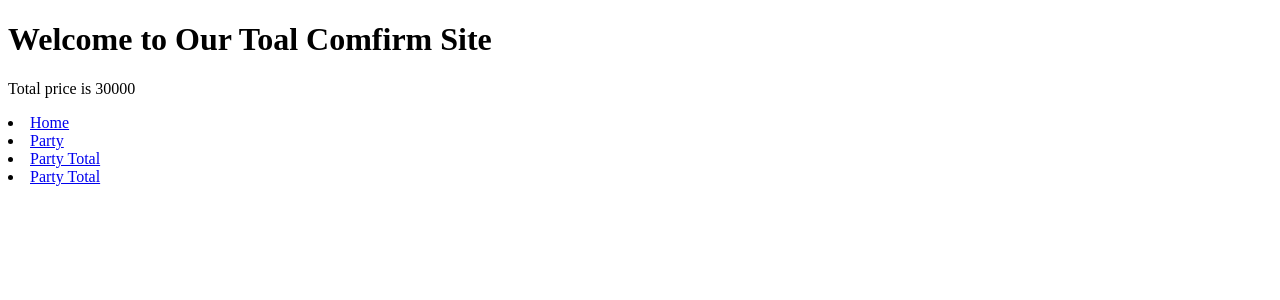
Repository: hsumyatm7308/Laravelb1
Page: http://localhost/staffsparty/comfirm
These files come from the project's save history. The page is drawn as it stood at one moment and after the next save; the edit follows.
The browser window is 1280 px wide. The pictures show the whole page.
The page is served by the project's Laravel application, run on PHP 8.4 with Laravel 10. Other server files are loaded and not shown.

Above is the page before, as saved 2023-07-24 18:22:11.

### exerciseone/routes/web.php
<?php

use Illuminate\Support\Facades\Route;
use App\Http\Controllers\staffsController;
use App\Http\Controllers\studentsController;

/*
|--------------------------------------------------------------------------
| Web Routes
|--------------------------------------------------------------------------
|
| Here is where you can register web routes for your application. These
| routes are loaded by the RouteServiceProvider and all of them will
| be assigned to the "web" middleware group. Make something great!
|
*/

Route::get('/', function () {
    return view('welcome');
});


Route::get('/', function () {
    return "Save Myanmar";
});


Route::get('/sayar', function () {
    return 'Hey,Sayar Nay Kaung Lr??';
});



Route::get('/sayar/index', function () {
    return 'Hey,Sayar Nay Kaung Lr??';
});


// Route::get('redirect',function(){
//      return redirect("sayar");
// });


Route::redirect('redirect', 'sayar/index');


Route::get('/about/company', function () {
    return view('aboutcompany');
});

// Or

Route::view('about/company', 'aboutcompany');




// Route::get("/",function(){
//    return view("aboutme");
// });



Route::get('about/company/{staff}', function ($staff) {
    return view('aboutcompanystaff', ['sf' => $staff]);
});

Route::get('about/company/{staff}/{city}', function ($staff, $city) {
    return view('aboutcompanystaffbycity', ['sf' => $staff, 'ct' => $city]);
});




Route::get('profile', function () {
    return view('profileme');
})->name('myprofiles');



Route::get('about/company/aungaung/mauabin', function ($staff, $city) {
    return view('aboutcompanystaffbycity', ['sf' => $staff, 'ct' => $city]);
})->name('companystaff');


// -----------------------------------------

// Controller

// Route::get('students',[App\Http\Controllers\studentsController::class,'index'])->name('studentidx');
// Route::get('students/show',[App\Http\Controllers\studentsController::class,'show'])->name('stdshow');
// Route::get('students/edit',[App\Http\Controllers\studentsController::class,'edit'])->name('editpage');

Route::group(['prefix' => 'students'], function () {
    Route::get('index', [App\Http\Controllers\studentsController::class, 'index'])->name('studentidx');
    Route::get('show', [App\Http\Controllers\studentsController::class, 'show'])->name('stdshow');
    Route::get('edit', [App\Http\Controllers\studentsController::class, 'edit'])->name('editpage');
});


// Route::prefix('students')->group(function(){
//     Route::get('index', [App\Http\Controllers\studentsController::class, 'index'])->name('studentidx');
//     Route::get('show', [App\Http\Controllers\studentsController::class, 'show'])->name('stdshow');
//     Route::get('edit', [App\Http\Controllers\studentsController::class, 'edit'])->name('editpage');
// });




Route::get('staffs/home', [staffsController::class, 'homemethod'])->name('home');

Route::get('staffsparty', [staffsController::class, 'party'])->name('party');
Route::get('staffsparty/total', [staffsController::class, 'total'])->name('total');
Route::get('staffsparty/comfirm', [staffsController::class, 'totalcomfirm'])->name('comfirm');

### exerciseone/app/Http/Controllers/staffsController.php
<?php

namespace App\Http\Controllers;

use Illuminate\Http\Request;

class staffsController extends Controller
{
    public function homemethod()
    {
        return view('staffs.home');
    }

    public function party()
    {
        return view('staffs/party');
    }

    public function total()
    {

       return view('staffs/partytotal');
    }

    public function totalcomfirm(){
        $total = 30000;
        $status = "checked";
        return view('staffs/partytotalcomfirm' , ['total'=>$total,'status'=>$status]);
    }
}

### exerciseone/resources/views/staffs/partytotalcomfirm.blade.php
<!DOCTYPE html>
<html>
  <head>
      <title>Staffs Page  </title>
</head>
<body>
    <h1>Welcome to Our Toal Comfirm  Site </h1>
    <p>Total price is {{$total}} </p>


    <li><a href="{{URL::to('home')}}">Home</a></li>
    <li><a href="{{route('party')}}">Party </a></li>
    <li><a href="{{route('total')}}">Party Total</a></li>
    <li><a href="{{route('comfirm')}}">Party Total</a></li>

</body>
</html>

Loaded but not shown: exerciseone/app/Providers/AppServiceProvider.php (common file); exerciseone/app/Http/Controllers/Controller.php (common file)

After the next save:
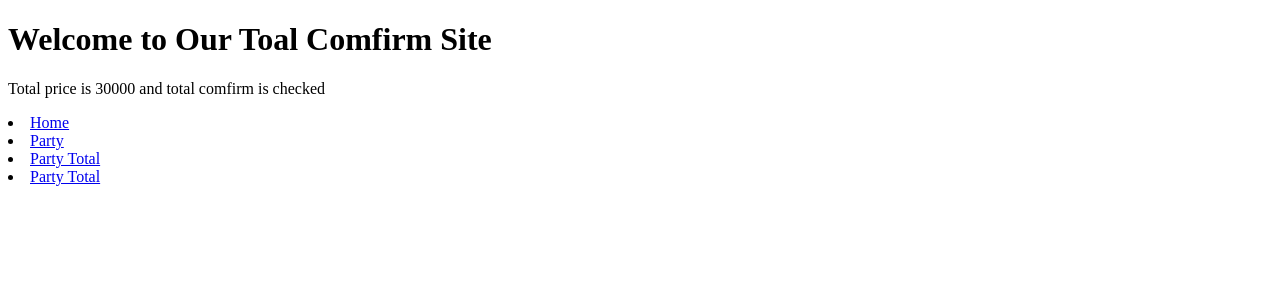
Saved 25 s later.
--- a/exerciseone/resources/views/staffs/partytotalcomfirm.blade.php
+++ b/exerciseone/resources/views/staffs/partytotalcomfirm.blade.php
@@ -5,7 +5,7 @@
 </head>
 <body>
     <h1>Welcome to Our Toal Comfirm  Site </h1>
-    <p>Total price is {{$total}} </p>
+    <p>Total price is {{$total}} and total comfirm is {{$status}} </p>
 
 
     <li><a href="{{URL::to('home')}}">Home</a></li>
